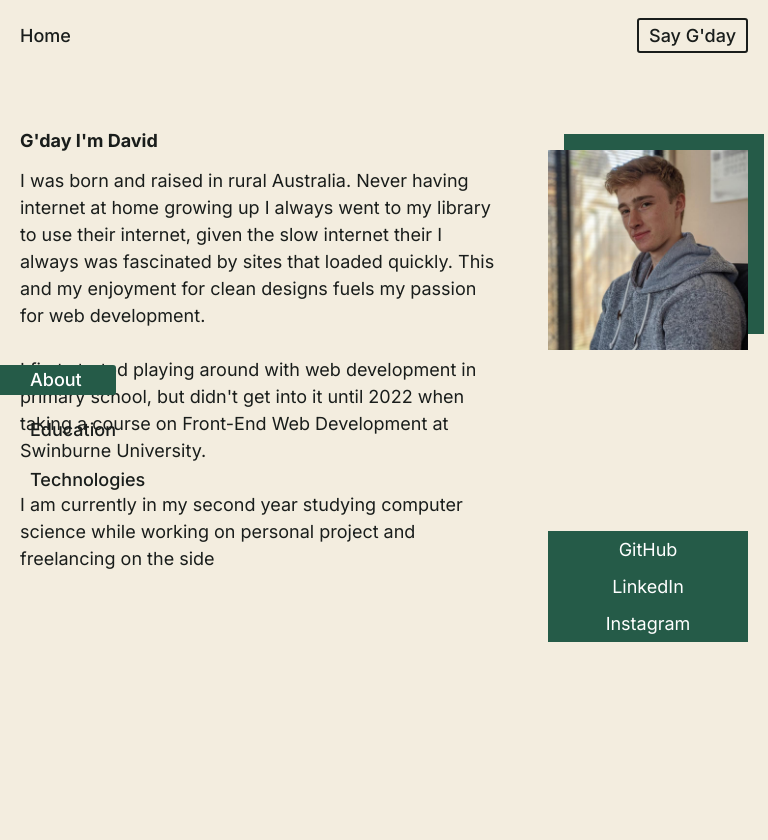
Repository: David-Waite/David-Waite-Portfolio
Page: /about
An editor plug-in stored every save of this project. The page is shown before and after the next save, followed by the edit.
The browser window is 768 px wide. The pictures show the whole page.
The project was rebuilt for these pictures with package versions that can differ from the ones it lists, and the page was loaded fresh each time. The framework's server and built-in components were replaced by stand-ins that run in the browser. Also part of the build but not shown: next.config.js.

Above is the page before, as saved 2023-07-27 12:32:54.

### app/layout.tsx
import "./globals.css";
import type { Metadata } from "next";
import { Inter } from "next/font/google";
import Link from "next/link";
import NavBar from "./components/Nav/NavBar/NavBar";

const inter = Inter({ subsets: ["latin"] });

export const metadata: Metadata = {
  title: "Create Next App",
  description: "Generated by create next app",
};

export default function RootLayout({
  children,
}: {
  children: React.ReactNode;
}) {
  return (
    <html lang="en">
      <body className={inter.className}>
        <NavBar />
        {children}
      </body>
    </html>
  );
}

### app/about/page.tsx
"use client";

import Image from "next/image";
import styles from "./page.module.css";
import Menu from "../components/About/Menu/Menu";
import { useState } from "react";

export default function About() {
  const [selected, setSelected] = useState({
    about: true,
    education: false,
    technologies: false,
  });

  function handleClick(select: string) {
    setSelected(() => {
      return {
        about: select === "about" ? true : false,
        education: select === "education" ? true : false,
        technologies: select === "technologies" ? true : false,
      };
    });
  }

  const AboutText = (
    <>
      <h1>G&apos;day I&apos;m David</h1>
      <p className={styles.description}>
        I was born and raised in rural Australia. Never having internet at home
        growing up I always went to my library to use their internet, given the
        slow internet their I always was fascinated by sites that loaded
        quickly. This and my enjoyment for clean designs fuels my passion for
        web development.
        <br />
        <br /> I first started playing around with web development in primary
        school, but didn&apos;t get into it until 2022 when taking a course on
        Front-End Web Development at Swinburne University.
        <br />
        <br /> I am currently in my second year studying computer science while
        working on personal project and freelancing on the side
      </p>
    </>
  );

  const EducationText = (
    <>
      <h1>My Education</h1>
      <ul className={`${styles.description} ${styles.descriptionList} `}>
        <li>
          CT50220 Dimploma of Information Technology (Front End Web Development)
          | 2022
        </li>
        <li>BA-CS Bachelor of Computer Science | 2023 - current</li>
        <li>Front end developer career path (72hrs) | Scrimba (online)</li>
        <li>
          React Native - The Practical Guide 2022 (26hrs) | Udemy (online)
        </li>
        <li>
          C# Basics for Beginners: Learn C# Fundamentals by Coding (6hrs) |
          Udemy (online)
        </li>
        <li>
          C# Intermediate: Classes, Interfaces and OOP (6hrs) | Udemy (online)
        </li>
      </ul>
    </>
  );
  const TechnologiesText = (
    <>
      <h1>What I&apos;m confortable with</h1>
      <ul className={`${styles.description} ${styles.descriptionList} `}>
        <li>HTML</li>
        <li>CSS</li>
        <li>Next.Js</li>
        <li>Contentful</li>
        <li>React.Js</li>
        <li>JavaScript</li>
        <li>C#</li>
      </ul>
    </>
  );

  let textContent;

  if (selected.about) {
    textContent = AboutText;
  }
  if (selected.technologies) {
    textContent = TechnologiesText;
  }
  if (selected.education) {
    textContent = EducationText;
  }
  return (
    <main className={styles.container}>
      <Menu selected={selected} onClick={handleClick} />
      <div className={styles.content}>
        <div className={styles.textContainer}>
          <div className={styles.paragraphContainer}>{textContent}</div>
        </div>

        <div className={styles.imageContainer}>
          <Image src="/aboutMe.jpg" fill={true} alt="David" />
        </div>
      </div>
      <div className={`${styles.desktopLink} ${styles.links}`}>
        <a href="https://github.com/David-Waite" target="_blank">
          GitHub
        </a>
        <a href="www.linkedin.com/in/davidwaitedev" target="_blank">
          LinkedIn
        </a>
        <a href="https://www.instagram.com/david__waite/" target="_blank">
          Instagram
        </a>
      </div>
    </main>
  );
}

### app/contact/send/route.ts
import mail from "@sendgrid/mail";
import { NextResponse } from "next/server";

// Create an api key in sendgrid and store someplace safe
mail.setApiKey(process.env.SENDGRID_API_KEY || "");

type ResponseData = {
  status?: string;
  message?: string;
};

export async function POST(request: Request) {
  let response: ResponseData = {};
  const body = await request.json();
  // I know the formData I sent in my request has name, email, and message fields so I'm just manually grabbing them to format a message
  const message = `
    Name: ${body.name}\r\n
    Email: ${body.email}\r\n
    Message: ${body.message}

  `;
  const data = {
    to: "davidwaite122@gmail.com",
    from: "davidwaiteportfolio@zohomail.com.au",
    subject: "Contact Message via Sendgrid",
    text: message,
    html: message.replace(/\r\n/g, "<br>"),
  };

  // Send the data and create a response object. I'm using status and message to display a success or fail notification in the UI
  await mail
    .send(data)
    .then(() => {
      response = {
        status: "success",
        message: "Your message was sent. I'll be in contact shortly.",
      };
    })
    .catch((error) => {
      response = {
        status: "error",
        message: `Message failed to send with error, ${error}`,
      };
    });

  return NextResponse.json(response);
}

### app/globals.css
:root {
  --primary: #255b48;
  --black: #191d1b;
  --background: #f3eddf;
  --white: #ffffff;
  --grey: #606060;
  --error: #a83c23;
}

.paragraph {
  font-size: 18px;
  font-style: normal;
  font-weight: 400;
  line-height: 25.2px;
  color: var(--black);
}

body {
  background-color: var(--background);
}

* {
  padding: 0;
  margin: 0;
  box-sizing: border-box;
}

### app/components/Nav/NavBar/NavBar.tsx
"use client";
import NavButton from "../NavButton/NavButton";
import styles from "./navBar.module.css";
import { usePathname } from "next/navigation";

import Link from "next/link";

export default function NavBar() {
  const currentRoute = usePathname();

  return (
    <nav className={styles.container}>
      <Link
        className={styles.link}
        href={`./${currentRoute === "/" ? "about" : "/"}`}
      >
        {currentRoute === "/" ? "About" : "Home"}
      </Link>

      {currentRoute !== "/contact" && <NavButton />}
    </nav>
  );
}

### app/about/page.module.css
.container {
  display: flex;
  height: calc(100vh - 70px);
  width: 100%;
  align-items: center;
  justify-content: center;
}

.content {
  position: relative;
  display: flex;
  align-items: center;
  gap: 200px;
}
.imageContainer {
  position: relative;
  width: 440px;
  height: 440px;
  box-shadow: var(--primary) 16px -16px 0px 0px;
}

.descriptionList {
  margin-left: 32px;
  margin-right: -32px;
}
.content h1 {
  color: var(--black);
  font-size: 18px;
  font-weight: 700;
  margin-bottom: 16px;
}
.description {
  color: var(--black);
  font-size: 18px;
  font-weight: 400;

  width: 740px;
  height: 300px;
  line-height: 27px;
}

.links {
  margin-top: 24px;
  position: absolute;
  left: -56px;
  padding: 0 56px;
  background-color: var(--primary);
  display: flex;
  align-items: center;
  flex-direction: column;
}
.mobileLink {
  display: none;
}
.links a {
  cursor: pointer !important;
  color: var(--white);
  text-decoration: none;
  font-size: 18px;
  margin: 8px 0;
}

.container hr {
  width: 100%;
  display: none;
}
.links a:hover {
  color: var(--grey);
}

.mobileMenu {
  display: none;
}

@media (max-width: 2000px) {
  .content {
    gap: 100px;
  }
}
@media (max-width: 1850px) {
  .imageContainer {
    width: 350px;
    height: 350px;
  }
}

@media (max-width: 1750px) {
  .imageContainer {
    width: 350px;
    height: 350px;
    margin-right: -50px;
  }
}

@media (max-width: 1650px) {
  .description {
    width: 700px;
    height: 300px;
  }
}

@media (max-width: 1550px) {
  .imageContainer {
    margin-right: -100px;
    width: 300px;
    height: 300px;
  }
}

@media (max-width: 1450px) {
  .imageContainer {
    margin-right: -150px;
    width: 300px;
    height: 300px;
  }
}

@media (max-width: 1350px) {
  .content {
    gap: 50px;
  }
}
@media (max-width: 1250px) {
  .description {
    width: 625px;
  }
}

@media (max-width: 1200px) {
  .container {
    padding: 20px;
    margin-top: 40px;
    display: block;
  }

  .description {
    margin-right: 16px;
    width: 100%;
    max-width: 761px;
  }
  .descriptionList {
    margin-left: 16px;
    margin-right: 0px;
  }
  .content {
    justify-content: space-between;
  }
  .imageContainer {
    min-width: 300px;
    margin-right: 0px;

    margin-top: 20px;
  }
  .links {
    position: static;
    width: 200px;
    margin-left: auto;
  }
}

@media (max-width: 1140px) {
  .links {
    position: static;
    width: 200px;
    margin-top: 64px;
  }
}

@media (max-width: 1000px) {
  .imageContainer {
    width: 200px;
    height: 200px;
    min-width: 200px;
    align-self: start;
  }
}
@media (max-width: 425px) {
  .links a,
  .content h1,
  .description {
    font-size: 16px;
  }
}

### app/components/About/Menu/Menu.tsx
"use client";
import { CSSProperties, useState } from "react";
import styles from "./menu.module.css";
export default function Menu(props: { onClick: any; selected: any }) {
  function handleClick(select: string) {
    props.onClick(select);
  }

  const selectedBackground: any = {
    left: "0px",
  };
  const selectedP: any = {
    color: "white",
  };
  return (
    <div className={styles.menu} id="menu">
      <div
        className={`${styles.linkContainer} ${styles.about}`}
        onClick={() => handleClick("about")}
      >
        <div
          className={styles.aboutBackground}
          style={Object.assign(props.selected.about && selectedBackground)}
        ></div>
        <p style={Object.assign(props.selected.about && selectedP)}>About</p>
      </div>
      <br />
      <div
        className={`${styles.linkContainer} ${styles.education}`}
        onClick={() => handleClick("education")}
      >
        <div
          className={styles.educationBackground}
          style={Object.assign(props.selected.education && selectedBackground)}
        ></div>
        <p style={Object.assign(props.selected.education && selectedP)}>
          Education
        </p>
      </div>
      <br />
      <div
        className={`${styles.linkContainer} ${styles.technologies}`}
        onClick={() => handleClick("technologies")}
      >
        <div
          className={styles.technologiesBackground}
          style={Object.assign(
            props.selected.technologies && selectedBackground
          )}
        ></div>
        <p style={Object.assign(props.selected.technologies && selectedP)}>
          Technologies
        </p>
      </div>
    </div>
  );
}

### app/components/Nav/NavButton/NavButton.tsx
import styles from "./navButton.module.css";

import Link from "next/link";

export default function NavButton() {
  return (
    <Link className={styles.container} href={"./contact"}>
      Say G&apos;day
    </Link>
  );
}

### app/components/Nav/NavBar/navBar.module.css
.container {
  display: flex;
  align-items: center;
  justify-content: space-between;
  height: 70px;
  padding: 0 30px;
}

.link {
  color: var(--black);
  text-decoration: none;
  font-size: 18px;
  font-weight: 500;
  cursor: pointer !important;
}

.link:hover {
  color: var(--grey);
}

@media (max-width: 768px) {
  .container {
    padding: 0 20px;
  }
}
@media (max-width: 425px) {
  .link {
    font-size: 16px;
  }
}

### app/components/About/Menu/menu.module.css
.menu {
  position: absolute;
  left: 0;
  font-size: 18px;
  font-weight: 500;
}

.menu div {
  display: flex;
  align-items: center;
}

.linkContainer {
  position: relative;
}
.linkContainer p {
  position: relative;
  cursor: pointer !important;
  color: var(--black);
}

.aboutBackground,
.educationBackground,
.technologiesBackground {
  position: absolute;
  background-color: var(--primary);
  left: 0;
  height: 30px;
  border-radius: 0 3px 3px 0;
  transition: 0.3s ease-in;
}
.about {
  width: 116px;
}
.aboutBackground {
  width: 116px;
  left: -116px;
}
.about:hover .aboutBackground {
  left: 0;
}

.education {
  width: 148px;
}
.educationBackground {
  width: 148px;
  left: -148px;
}
.education:hover .educationBackground {
  left: 0;
}

.technologies {
  width: 175px;
}
.technologiesBackground {
  width: 175px;
  left: -175px;
}
.technologies:hover .technologiesBackground {
  left: 0;
}

.menu p {
  top: 0;
  padding: 4px 30px;

  transition: 0.3s;
}

.selected {
  border-radius: 0 3px 3px 0;
  color: var(--white);
  background: rgb(37, 91, 72);
}

.linkContainer p:hover {
  position: relative;
  color: var(--white);
}

@media (max-width: 1200px) {
  .menu {
    top: calc((100vh - 70px) / 2);
    z-index: 4;
  }
}

### app/components/Nav/NavButton/navButton.module.css
.container {
  border: 2px solid var(--black);
  color: var(--black);
  font-weight: 500;
  border-radius: 3px;
  font-size: 18px;
  padding: 5px 10px;
  transition: 0.3s;
  text-decoration: none;
  cursor: pointer !important;
}

.container:hover {
  background-color: var(--primary);
  color: var(--white);
}

@media (max-width: 425px) {
  .container {
    font-size: 16px;
  }
}

After the next save:
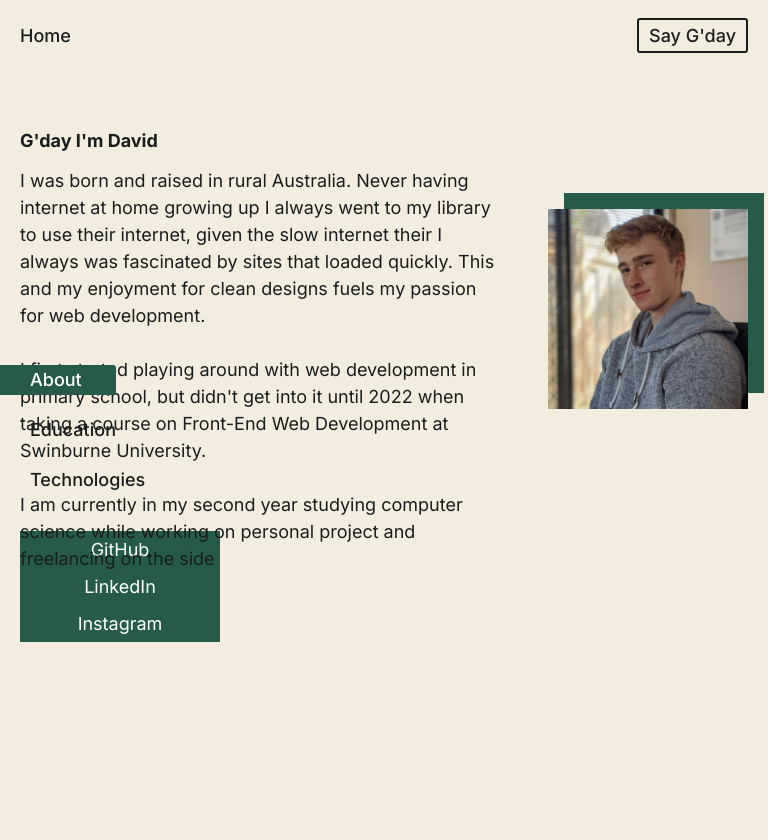
Saved 9 s later.
--- a/app/about/page.module.css
+++ b/app/about/page.module.css
@@ -163,6 +163,7 @@
     position: static;
     width: 200px;
     margin-top: 64px;
+    margin-left: 0;
   }
 }
 
@@ -171,7 +172,6 @@
     width: 200px;
     height: 200px;
     min-width: 200px;
-    align-self: start;
   }
 }
 @media (max-width: 425px) {
